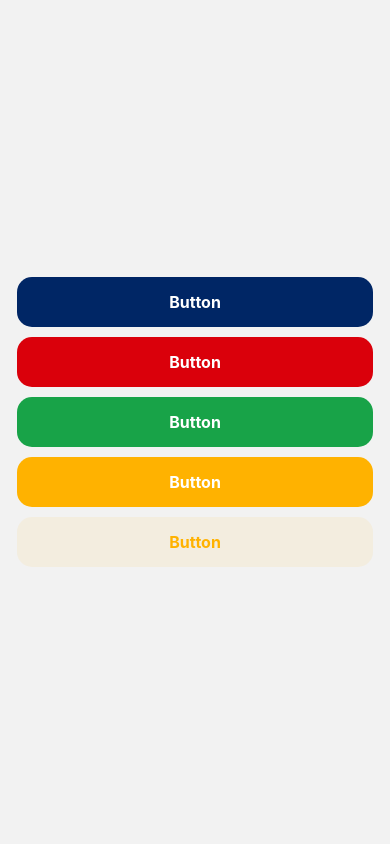
Repository: hungdomanh95/setuptheme
Screen: /
An editor plug-in stored every save of this project. The screen is shown before and after the next save, followed by the edit.
The app was drawn by React Native's web renderer in a window 390 px wide. The project was rebuilt for these pictures with package versions that can differ from the ones it lists, and the page was loaded fresh each time. Also part of the build but not shown: src/components/Fade/index.js, src/components/Slide/index.js.

Above is the screen before, as saved 2022-05-17 11:24:48.

After the next save:
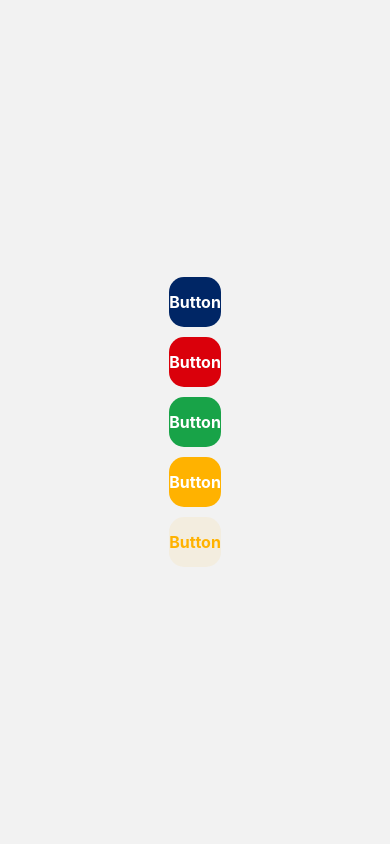
Saved 21 s later.
--- a/src/components/RNButton/index.js
+++ b/src/components/RNButton/index.js
@@ -22,7 +22,7 @@ const RNButton = props => {
     else sizeBtn = size
     return sizeBtn;
   }
-  const styles = styleWithProps(props, colorBTN());
+  const styles = styleWithProps(props, colorBTN(), sizeBTN());
   return (
     <View style={styles.container}>
       <Text style={styles.text}>{text}</Text>
@@ -30,10 +30,10 @@ const RNButton = props => {
   );
 };
 
-const styleWithProps = (props, color) => {
+const styleWithProps = (props, color, size) => {
   return StyleSheet.create({
     container: {
-      width: SIZE.btn1,
+      width:size,
       height: 50,
       justifyContent: 'center',
       alignItems: 'center',
